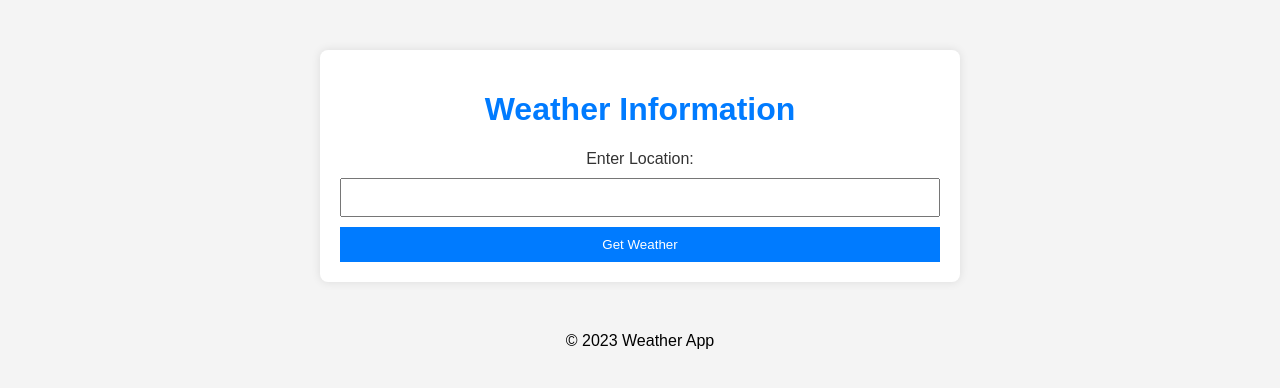
Repository: muke2110/weather
Page: http://localhost/
An editor plug-in stored every save of this project. The page is shown before and after the next save, followed by the edit.
The browser window is 1280 px wide. The pictures show the whole page.
The page is served by the project's Node server (app.js).

Above is the page before, as saved 2023-12-05 21:39:01.

After the next save:
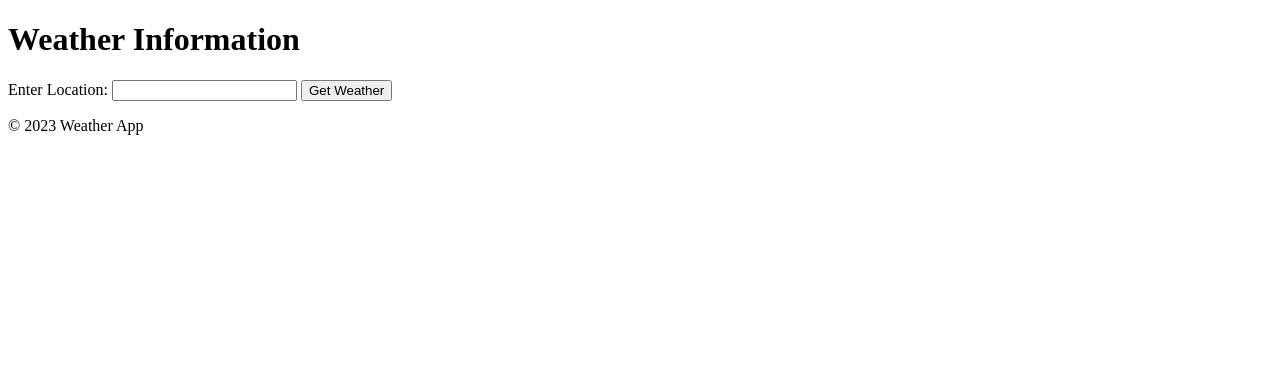
Saved 2 days later.
--- a/public/styles.css
+++ b/public/styles.css
@@ -1,69 +1,42 @@
-/* styles.css */
+<!DOCTYPE html>
+<html lang="en">
+<head>
+  <meta charset="UTF-8">
+  <meta name="viewport" content="width=device-width, initial-scale=1.0">
+  <title>Weather Information</title>
+  <link rel="stylesheet" href="/styles.css">
 
-body {
-    font-family: Arial, sans-serif;
-    margin: 0;
-    padding: 0;
-    background-color: #f4f4f4;
-}
+</head>
+<body>
+  <div class="container">
+    <h1>Weather Information</h1>
 
-.container {
-    max-width: 600px;
-    margin: 50px auto;
-    background-color: #fff;
-    padding: 20px;
-    border-radius: 8px;
-    box-shadow: 0 0 10px rgba(0, 0, 0, 0.1);
-}
+    <form action="/location" method="post">
+      <label for="locationInput">Enter Location:</label>
+      <input type="text" id="locationInput" name="location" required>
+      <button type="submit">Get Weather</button>
+    </form>
 
-h1 {
-    text-align: center;
-    color: #007bff; /* Changed color to a blue shade */
-}
-
-form {
-    display: flex;
-    flex-direction: column;
-    align-items: center;
-    margin-top: 20px; /* Added margin-top for better spacing */
-}
-
-label {
-    margin-bottom: 10px;
-    color: #333;
-}
-
-input {
-    padding: 10px;
-    margin-bottom: 10px;
-    width: 100%; /* Make the input take full width */
-    box-sizing: border-box; /* Include padding and border in the width */
-}
-
-button {
-    padding: 10px;
-    background-color: #007bff;
-    color: #fff;
-    border: none;
-    cursor: pointer;
-    transition: background-color 0.3s;
-    width: 100%; /* Make the button take full width */
-    box-sizing: border-box; /* Include padding and border in the width */
-}
-
-button:hover {
-    background-color: #0056b3;
-}
-
-#weatherResult {
-    margin-top: 20px;
-    padding: 20px;
-    border: 1px solid #ddd;
-    border-radius: 8px;
-    background-color: #f9f9f9;
-}
-
-footer {
-    text-align: center;
-    margin-top: 20px; /* Adjust as needed for spacing between content and footer */
-}
+    <% if (error) { %>
+      <p class="error-message">Error: <%= error %></p>
+    <% } else if (location) { %>
+      <div id="weatherResult">
+        <img src= <%= png %>>
+        <p>Location: <%= place.name %></p>
+        <p>Temperature: <%= location.temp_c %>°C</p>
+        <p>Condition: <%= location.condition.text %></p>
+      </div>
+    <% } %>
+  </div>
+  <footer>
+    <!-- Your footer content goes here -->
+    <p>&copy; 2023 Weather App</p>
+  </footer>
+</body>
+<script>
+  if (performance.navigation.type === 1) {
+    // Redirect to the home page
+    window.location.href = "/";
+  }
+</script>
+</html>

After the save that followed:
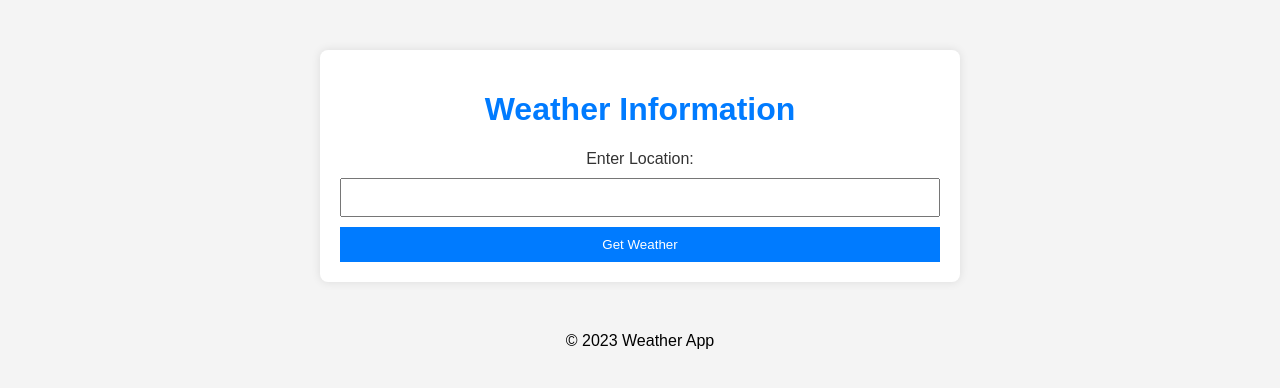
Saved 8 s later.
--- a/public/styles.css
+++ b/public/styles.css
@@ -1,42 +1,69 @@
-<!DOCTYPE html>
-<html lang="en">
-<head>
-  <meta charset="UTF-8">
-  <meta name="viewport" content="width=device-width, initial-scale=1.0">
-  <title>Weather Information</title>
-  <link rel="stylesheet" href="/styles.css">
+/* styles.css */
 
-</head>
-<body>
-  <div class="container">
-    <h1>Weather Information</h1>
+body {
+    font-family: Arial, sans-serif;
+    margin: 0;
+    padding: 0;
+    background-color: #f4f4f4;
+}
 
-    <form action="/location" method="post">
-      <label for="locationInput">Enter Location:</label>
-      <input type="text" id="locationInput" name="location" required>
-      <button type="submit">Get Weather</button>
-    </form>
+.container {
+    max-width: 600px;
+    margin: 50px auto;
+    background-color: #fff;
+    padding: 20px;
+    border-radius: 8px;
+    box-shadow: 0 0 10px rgba(0, 0, 0, 0.1);
+}
 
-    <% if (error) { %>
-      <p class="error-message">Error: <%= error %></p>
-    <% } else if (location) { %>
-      <div id="weatherResult">
-        <img src= <%= png %>>
-        <p>Location: <%= place.name %></p>
-        <p>Temperature: <%= location.temp_c %>°C</p>
-        <p>Condition: <%= location.condition.text %></p>
-      </div>
-    <% } %>
-  </div>
-  <footer>
-    <!-- Your footer content goes here -->
-    <p>&copy; 2023 Weather App</p>
-  </footer>
-</body>
-<script>
-  if (performance.navigation.type === 1) {
-    // Redirect to the home page
-    window.location.href = "/";
-  }
-</script>
-</html>
+h1 {
+    text-align: center;
+    color: #007bff; /* Changed color to a blue shade */
+}
+
+form {
+    display: flex;
+    flex-direction: column;
+    align-items: center;
+    margin-top: 20px; /* Added margin-top for better spacing */
+}
+
+label {
+    margin-bottom: 10px;
+    color: #333;
+}
+
+input {
+    padding: 10px;
+    margin-bottom: 10px;
+    width: 100%; /* Make the input take full width */
+    box-sizing: border-box; /* Include padding and border in the width */
+}
+
+button {
+    padding: 10px;
+    background-color: #007bff;
+    color: #fff;
+    border: none;
+    cursor: pointer;
+    transition: background-color 0.3s;
+    width: 100%; /* Make the button take full width */
+    box-sizing: border-box; /* Include padding and border in the width */
+}
+
+button:hover {
+    background-color: #0056b3;
+}
+
+#weatherResult {
+    margin-top: 20px;
+    padding: 20px;
+    border: 1px solid #ddd;
+    border-radius: 8px;
+    background-color: #f9f9f9;
+}
+
+footer {
+    text-align: center;
+    margin-top: 20px; /* Adjust as needed for spacing between content and footer */
+}
